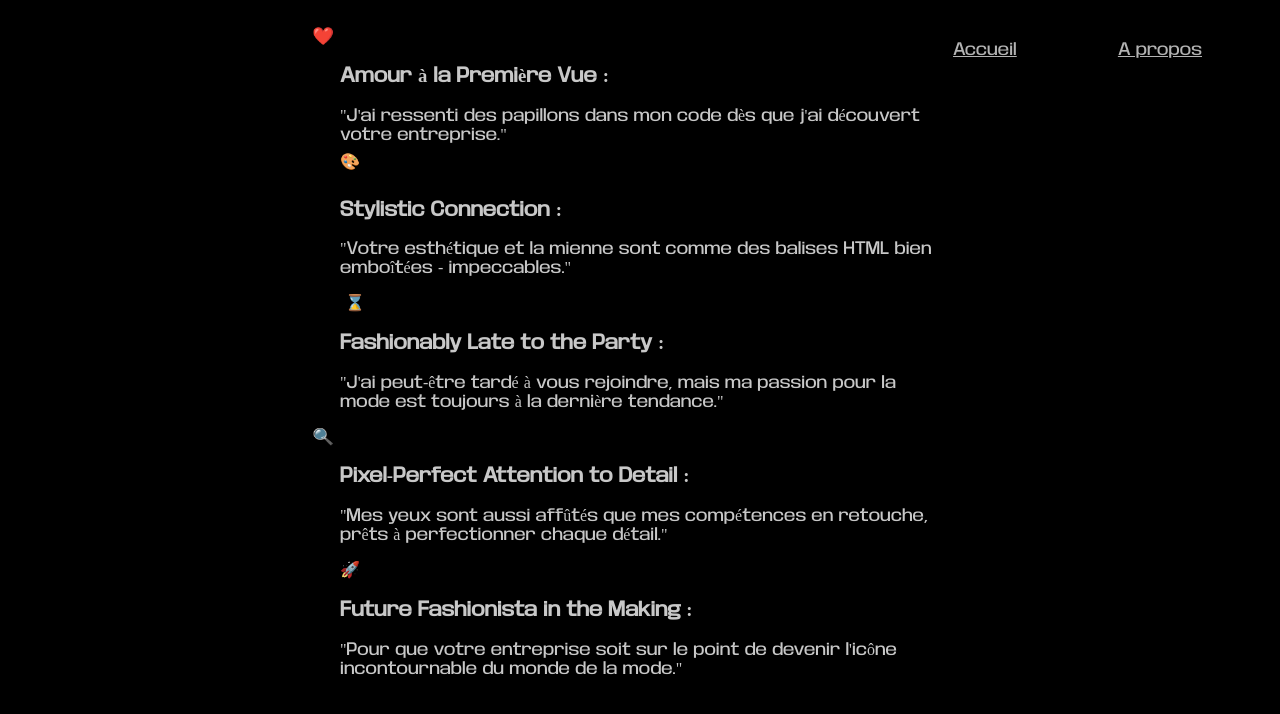
Repository: inessben/application
Page: company/company.html
These files come from the project's save history. The page is drawn as it stood at one moment and after the next save; the edit follows.
The browser window is 1280 px wide. The pictures show the whole page.

Above is the page before, as saved 2023-12-04 00:06:36.

### company/company.html
<!DOCTYPE html>
<html lang="en">
<head>
    <meta charset="UTF-8">
    <meta name="viewport" content="width=device-width, initial-scale=1.0">
    <!-- generate the icon -->
    <link rel="apple-touch-icon" sizes="180x180" href="/favicon/apple-touch-icon.png">
    <link rel="icon" type="image/png" sizes="32x32" href="/favicon/favicon-32x32.png">
    <link rel="icon" type="image/png" sizes="16x16" href="/favicon/favicon-16x16.png">
    <link rel="manifest" href="/favicon/site.webmanifest">
    <link rel="mask-icon" href="/favicon/safari-pinned-tab.svg" color="#5bbad5">
    <meta name="msapplication-TileColor" content="#da532c">
    <!--  -->
    <meta name="theme-color" content="#ffffff">
    <title>#slowlyApplication</title>
    <link rel="stylesheet" href="company.css">
</head>
<body>
    <section id="nav-header">
        <header class="links">
            <a href="/index.html" class="link">Accueil</a>
            <a href="/about/about.html" class="link">A propos</a>
        </header>
    </section>
    <section id="creative-section">
        <div id="heart-animation">❤️</div>
        <h3>Amour à la Première Vue :</h3>
        <p>"J'ai ressenti des papillons dans mon code dès que j'ai découvert votre entreprise."</p>

        <div id="stylistic-connection-animation">🎨</div>
        <h3>Stylistic Connection :</h3>
        <p>"Votre esthétique et la mienne sont comme des balises HTML bien emboîtées - impeccables."</p>

        <div id="fashionably-late-animation">⌛</div>
        <h3>Fashionably Late to the Party :</h3>
        <p>"J'ai peut-être tardé à vous rejoindre, mais ma passion pour la mode est toujours à la dernière tendance."</p>

        <div id="pixel-perfect-animation">🔍</div>
        <h3>Pixel-Perfect Attention to Detail :</h3>
        <p>"Mes yeux sont aussi affûtés que mes compétences en retouche, prêts à perfectionner chaque détail."</p>

        <div id="future-fashionista-animation">🚀</div>
        <h3>Future Fashionista in the Making :</h3>
        <p>"Pour que votre entreprise soit sur le point de devenir l'icône incontournable du monde de la mode."</p>
        </section>


        <!-- <footer>
            <p>© Iness Ben Aïssa - All rights reversed. Because who needs more rights anyway?</p>
        </footer> -->

        </body>
        </html>

### company/company.css
@font-face {
    font-family: "Jolley";
    src: url("/fonts/jolley.woff");
    }

@font-face {
    font-family: "Base Neue";
    src: url("/fonts/base-neue.ttf");
    }

::-webkit-scrollbar {
    width: 8px;
    }

::-webkit-scrollbar-track {
    background-color: #000;
    }

::-webkit-scrollbar-thumb {
    background-color: #4b4b4b;
    border-radius: 4px;
    }

::-webkit-scrollbar-thumb:hover {
    opacity: 0.7;
    }

html {
    scroll-behavior: smooth;
    }

body {
font-family: "Base Neue";
    margin: 0;
    padding: 0;
    display: flex;
    align-items: center;
    justify-content: center;
    height: 100vh;
    background-color: #000000;
    color: #c8c8c8;
    }

#nav-header {
        position: absolute;
        top: 30px;
        right: 20px;
        font-size: 16px;
        font-weight: 500;
        padding: 10px;
    }

.link {
    padding: 8px;
    text-decoration: #b3b3b3 underline;
    color: #b3b3b3;
    margin: auto 40px;
    }

.link:hover {
        opacity: 0.7;
    }

#creative-section {
    /* text-align: center; */
    max-width: 600px;
    }

#heart-animation {
    animation: heartbeat 1.5s infinite;
    }

#stylistic-connection-animation {
    animation: styleConnection 2s infinite alternate;
    }

#fashionably-late-animation {
    animation: fashionablyLate 1s infinite alternate;
    }

#pixel-perfect-animation {
    animation: pixelPerfect 1.5s infinite alternate;
    }

#future-fashionista-animation {
    animation: futureFashionista 2s infinite alternate;
    }

@keyframes heartbeat {
    0%, 100% {
    transform: scale(1);
    }
    50% {
    transform: scale(1.1);
    }
}

@keyframes styleConnection {
    0% {
    transform: translateY(0);
    }
    100% {
    transform: translateY(-10px);
    }
}

@keyframes fashionablyLate {
    0% {
    transform: translateX(0);
    }
    100% {
    transform: translateX(5px);
    }
}

@keyframes pixelPerfect {
    0% {
    transform: scaleX(1);
    }
    100% {
    transform: scaleX(1.1);
    }
}

@keyframes futureFashionista {
    0% {
    opacity: 0.8;
    }
    100% {
    opacity: 1;
    }
}

/* footer{
    position: relative;
    bottom: 0;
    display: flex;
    align-items: center;
    justify-content: center;
    }  */

After the next save:
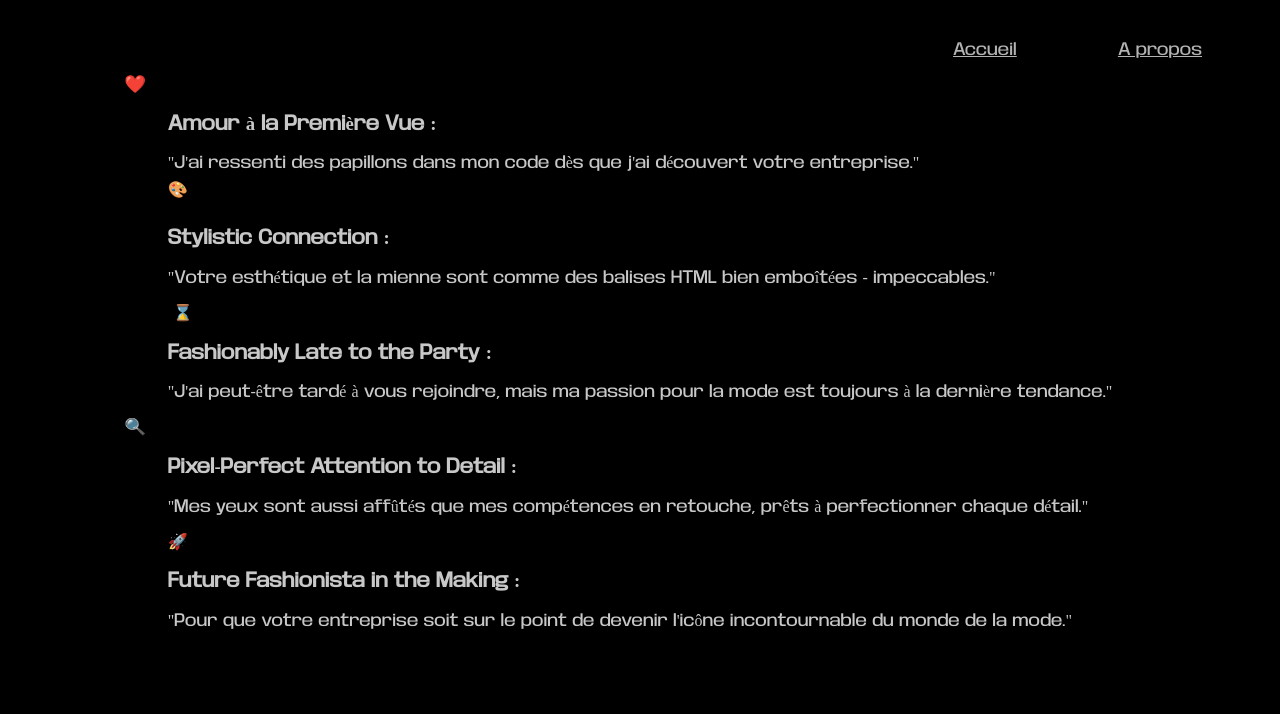
Saved 10 s later.
--- a/company/company.css
+++ b/company/company.css
@@ -61,10 +61,6 @@ font-family: "Base Neue";
         opacity: 0.7;
     }
 
-#creative-section {
-    /* text-align: center; */
-    max-width: 600px;
-    }
 
 #heart-animation {
     animation: heartbeat 1.5s infinite;
